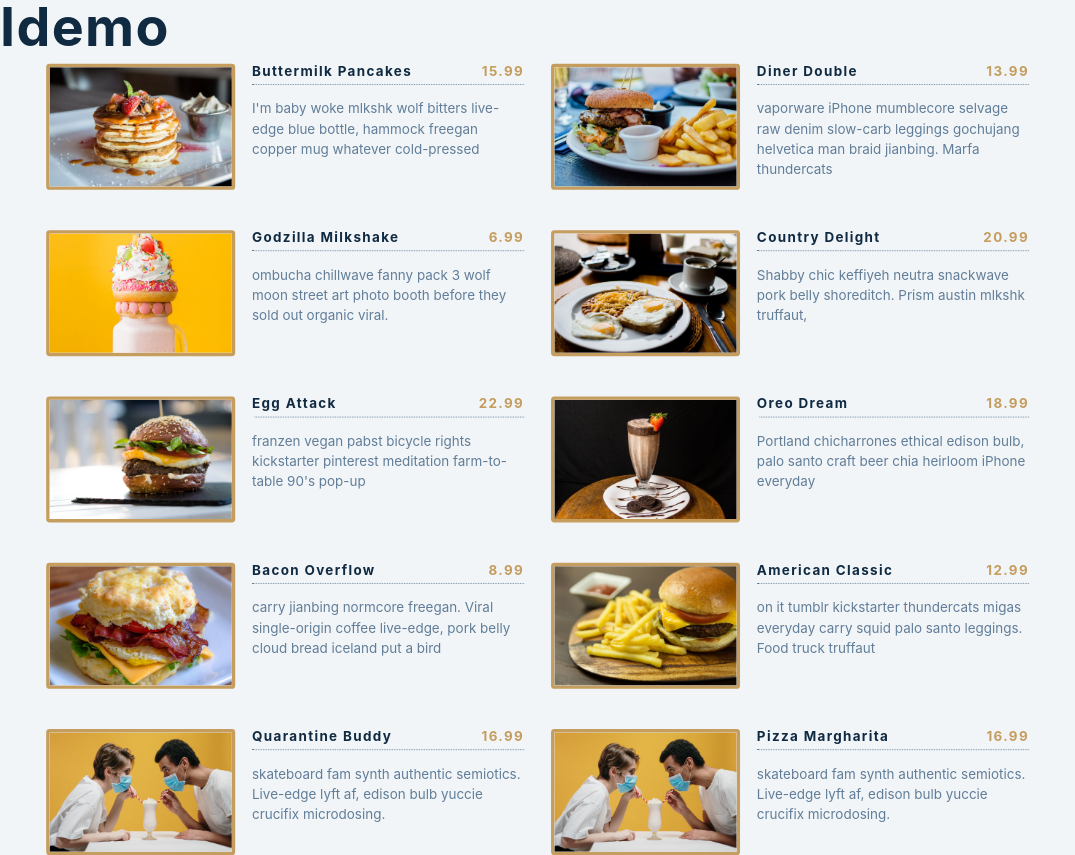
Repository: gligor99/menu-ts-react
Page: /
An editor plug-in stored every save of this project. The page is shown before and after the next save, followed by the edit.
The browser window is 1280 px wide. The pictures show the whole page, at 84% of full size.
The project was rebuilt for these pictures with package versions that can differ from the ones it lists, and the page was loaded fresh each time.

Above is the page before, as saved 2021-11-24 23:34:18.

### src/App.tsx
import { useState } from "react";
import Categories from "./components/Categories";
import Menu from "./components/Menu";
import items from "./data";

const uniques = Array.from(new Set(items.map((item) => item.category))) ;
const allCategories = ['all', ...uniques]


export type ItemsProps = {
  id: number;
  title: string;
  category: string;
  price: number;
  img: string;
  desc: string;
};

function App() {
  const [menuItems, setMenuItems] = useState<ItemsProps[]>(items);
  const [categories, setCategories] = useState(allCategories)
  console.log(categories);

  return (
    <div className="App">
      <Categories categories={categories} />
      <Menu items={menuItems} />
    </div>
  );
}

export default App;

### src/components/Categories.tsx
type Props = {
  categories: string[];
};

const Categories: React.FC<Props> = ({ categories }) => {
  return (
    <div>
      <h1>Idemo</h1>
    </div>
  );
};

export default Categories;

### src/components/Menu.tsx
import { ItemsProps } from "../App";
import '../index.css'

type Props = {
  items: ItemsProps[];
};

const Menu: React.FC<Props> = ({ items }) => {
  console.log(items);

  return (
    <div className="section-center">
      {items.map((item) => {
        return (
          <article className="menu-item" key={item.id}>
            <img src={item.img} alt={item.title} className="photo" />
            <div className="item-info">
                <header>
                    <h4 className="title">{item.title}</h4>
                    <h4 className="price">{item.price}</h4>
                </header>
                <p className="item-text">{item.desc}</p>
            </div>
          </article>
        );
      })}
    </div>
  );
};

export default Menu;

### src/data.ts
const menu = [
    {
      id: 1,
      title: 'buttermilk pancakes',
      category: 'breakfast',
      price: 15.99,
      img: './images/item-1.jpeg',
      desc: `I'm baby woke mlkshk wolf bitters live-edge blue bottle, hammock freegan copper mug whatever cold-pressed `,
    },
    {
      id: 2,
      title: 'diner double',
      category: 'lunch',
      price: 13.99,
      img: './images/item-2.jpeg',
      desc: `vaporware iPhone mumblecore selvage raw denim slow-carb leggings gochujang helvetica man braid jianbing. Marfa thundercats `,
    },
    {
      id: 3,
      title: 'godzilla milkshake',
      category: 'shakes',
      price: 6.99,
      img: './images/item-3.jpeg',
      desc: `ombucha chillwave fanny pack 3 wolf moon street art photo booth before they sold out organic viral.`,
    },
    {
      id: 4,
      title: 'country delight',
      category: 'breakfast',
      price: 20.99,
      img: './images/item-4.jpeg',
      desc: `Shabby chic keffiyeh neutra snackwave pork belly shoreditch. Prism austin mlkshk truffaut, `,
    },
    {
      id: 5,
      title: 'egg attack',
      category: 'lunch',
      price: 22.99,
      img: './images/item-5.jpeg',
      desc: `franzen vegan pabst bicycle rights kickstarter pinterest meditation farm-to-table 90's pop-up `,
    },
    {
      id: 6,
      title: 'oreo dream',
      category: 'shakes',
      price: 18.99,
      img: './images/item-6.jpeg',
      desc: `Portland chicharrones ethical edison bulb, palo santo craft beer chia heirloom iPhone everyday`,
    },
    {
      id: 7,
      title: 'bacon overflow',
      category: 'breakfast',
      price: 8.99,
      img: './images/item-7.jpeg',
      desc: `carry jianbing normcore freegan. Viral single-origin coffee live-edge, pork belly cloud bread iceland put a bird `,
    },
    {
      id: 8,
      title: 'american classic',
      category: 'lunch',
      price: 12.99,
      img: './images/item-8.jpeg',
      desc: `on it tumblr kickstarter thundercats migas everyday carry squid palo santo leggings. Food truck truffaut  `,
    },
    {
      id: 9,
      title: 'quarantine buddy',
      category: 'shakes',
      price: 16.99,
      img: './images/item-9.jpeg',
      desc: `skateboard fam synth authentic semiotics. Live-edge lyft af, edison bulb yuccie crucifix microdosing.`,
    },
    {
      id: 10,
      title: 'pizza margharita',
      category: 'dinner',
      price: 16.99,
      img: './images/item-9.jpeg',
      desc: `skateboard fam synth authentic semiotics. Live-edge lyft af, edison bulb yuccie crucifix microdosing.`,
    },


  ];
  export default menu;

Loaded but not shown: public/index.html (common file); src/index.tsx (common file); src/index.css (common file)

After the next save:
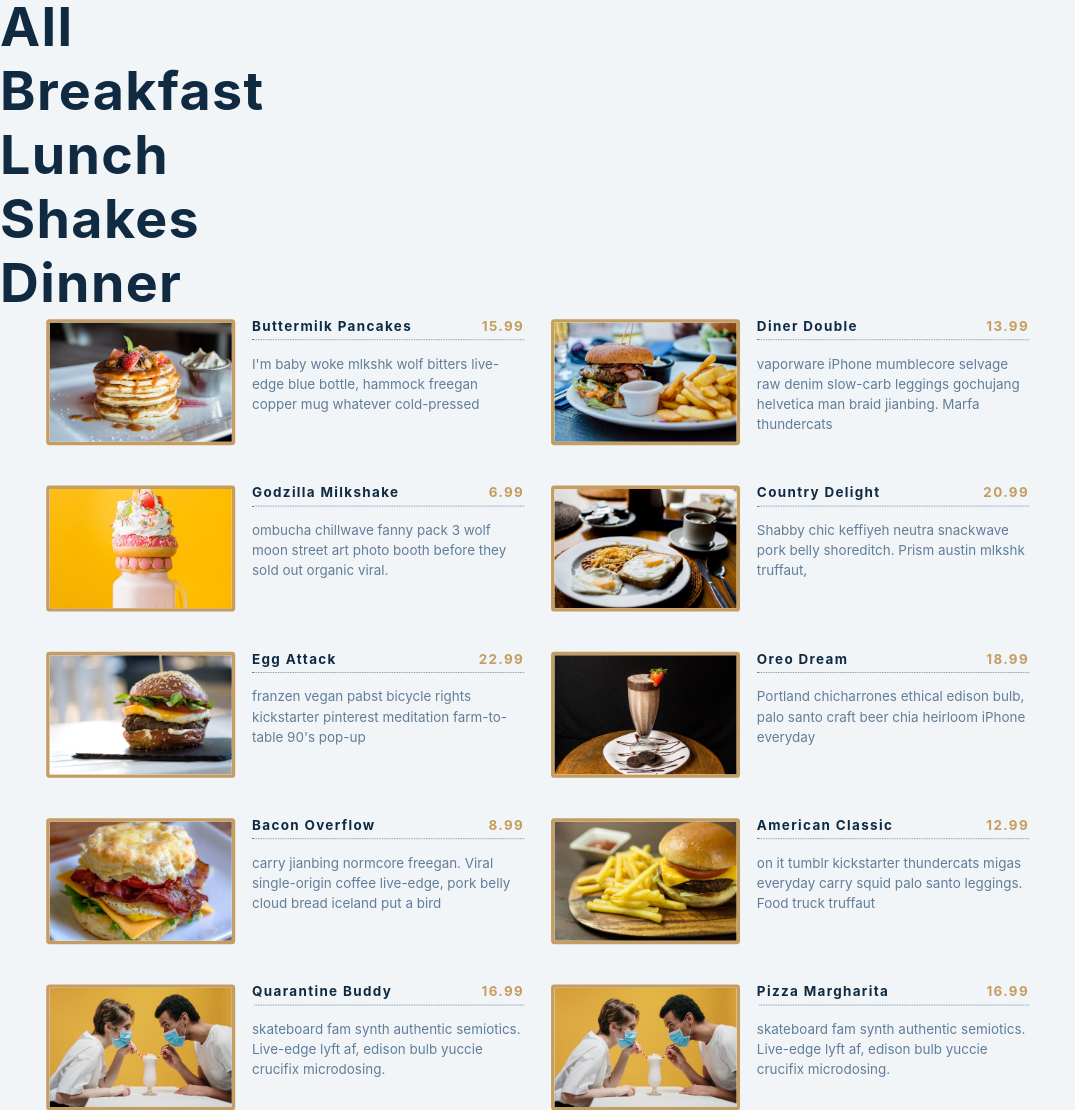
Saved 23 s later.
--- a/src/components/Categories.tsx
+++ b/src/components/Categories.tsx
@@ -5,7 +5,9 @@ type Props = {
 const Categories: React.FC<Props> = ({ categories }) => {
   return (
     <div>
-      <h1>Idemo</h1>
+      {categories.map((item, index) => {
+          return <h1 key={index}>{item}</h1>
+      })}
     </div>
   );
 };
